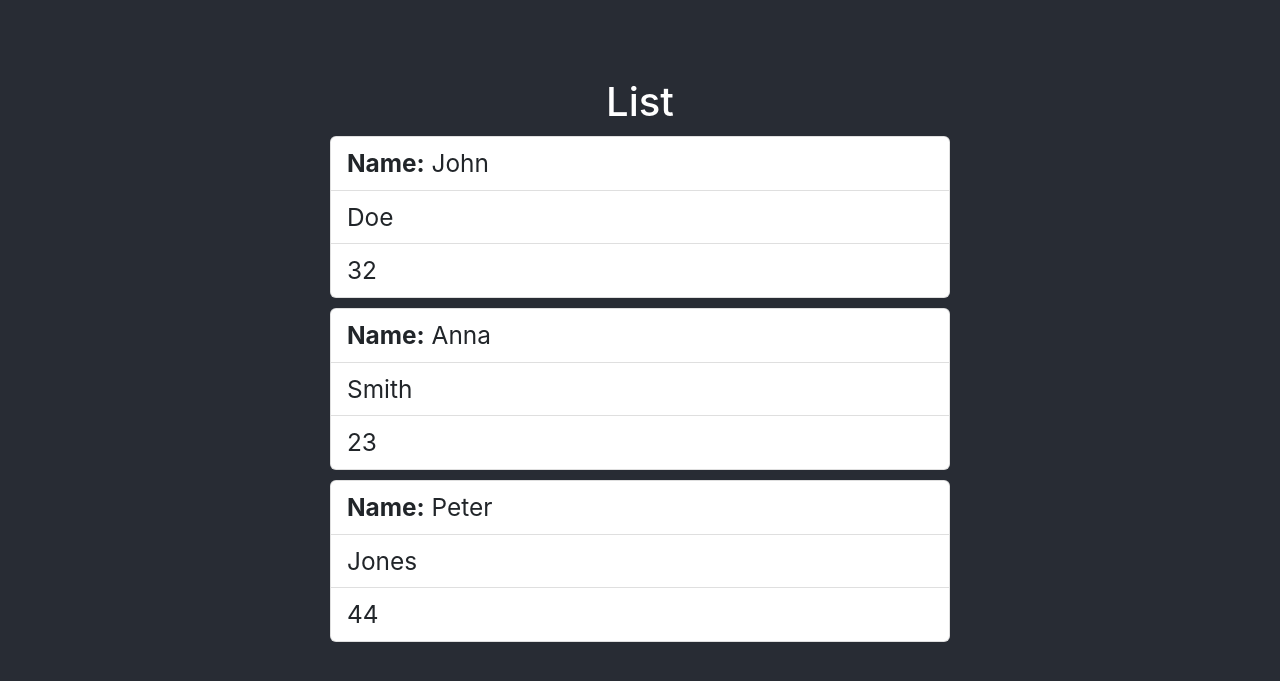
Repository: JasonMorta/ExamplesWithReact
Page: / (app in examples/)
These files come from the project's save history. The page is drawn as it stood at one moment and after the next save; the edit follows.
The browser window is 1280 px wide. The pictures show the whole page.
The project was rebuilt for these pictures with package versions that can differ from the ones it lists, and the page was loaded fresh each time.

Above is the page before, as saved 2022-10-03 19:49:03.

After the next save:
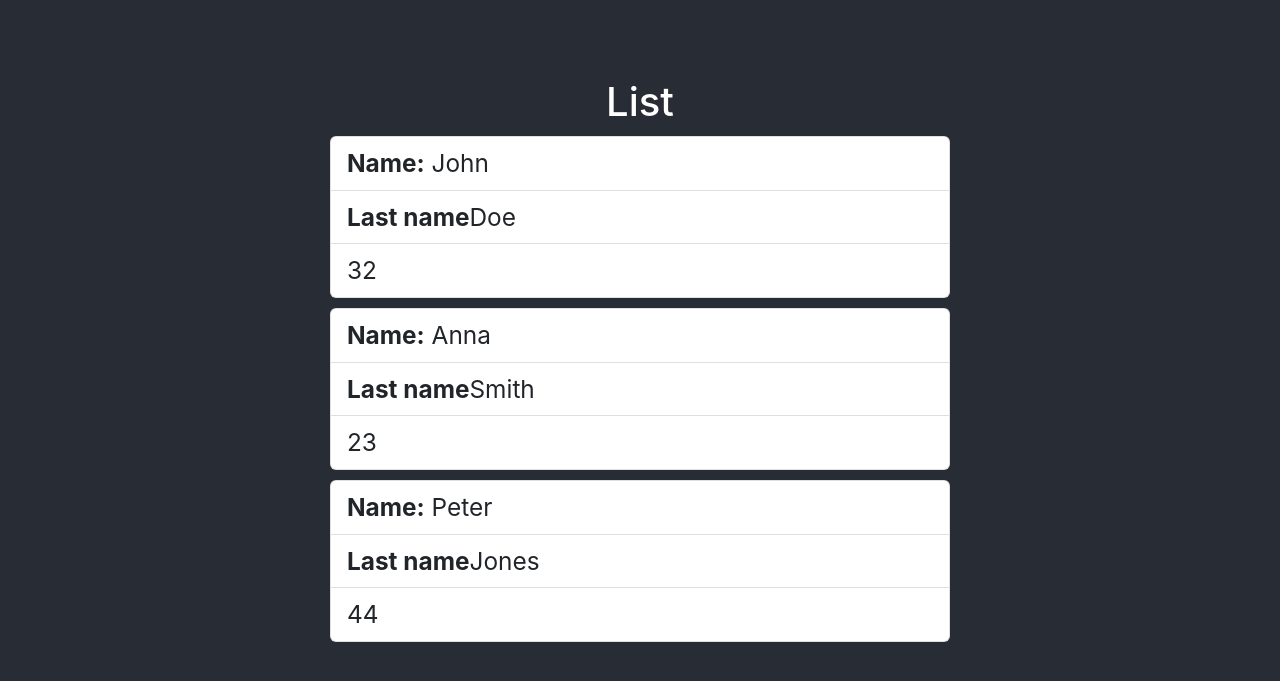
Saved 35 s later.
--- a/examples/src/components/Instance.jsx
+++ b/examples/src/components/Instance.jsx
@@ -17,7 +17,7 @@
       {employees.map(obj =>
         <ul class="list-group">
           <li class="list-group-item"><b>Name:</b> {obj.firstName}</li>
-          <li class="list-group-item">{obj.lastName}</li>
+          <li class="list-group-item"><b>Last name</b>{obj.lastName}</li>
           <li class="list-group-item">{obj.age}</li>
         </ul>
       )}
